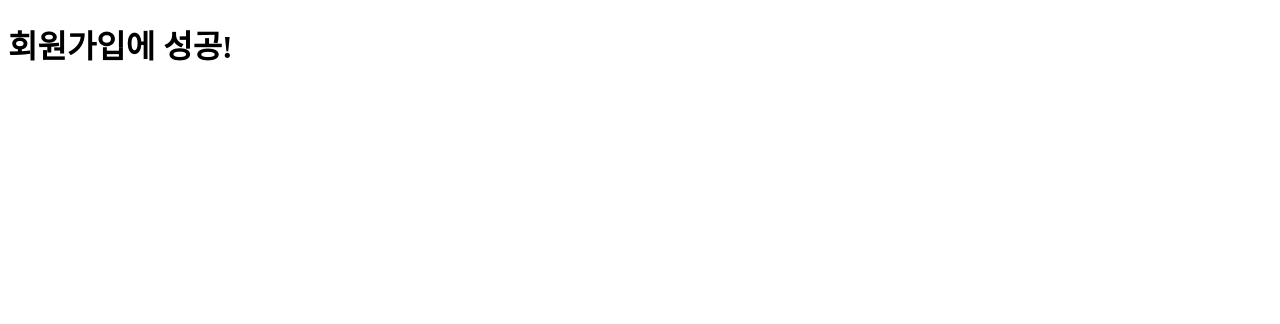
Repository: Yim-HaEun/servlet-jsp-workspace
Page: http://localhost/Join/Register_success.jsp
An editor plug-in stored every save of this project. The page is shown before and after the next save, followed by the edit.
The browser window is 1280 px wide. The pictures show the whole page.
The page is served by Tomcat 9. Other server files are loaded and not shown.

Above is the page before, as saved 2023-11-07 02:11:23.

### Join/src/main/webapp/Register_success.jsp
<%@ page language="java" contentType="text/html; charset=EUC-KR"
    pageEncoding="EUC-KR"%>
<!DOCTYPE html>
<html>
<head>
<meta charset="EUC-KR">
<title>Insert title here</title>
</head>
<body>
<h1>회원가입에 성공!</h1>
</body>
</html>

After the next save:
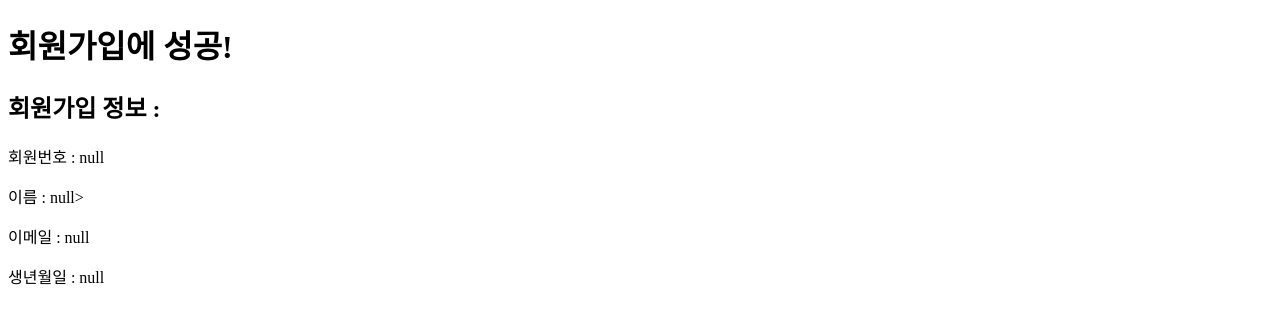
Saved 10 min 16 s later.
--- a/Join/src/main/webapp/Register_success.jsp
+++ b/Join/src/main/webapp/Register_success.jsp
@@ -4,9 +4,15 @@
 <html>
 <head>
 <meta charset="EUC-KR">
-<title>Insert title here</title>
+<title>회원가입 성공했습니다.</title>
 </head>
 <body>
 <h1>회원가입에 성공!</h1>
+<h2>회원가입 정보 : </h2>
+<p> 회원번호 : <%= session.getAttribute("mno")%></p>
+<p>이름 : <%= session.getAttribute("mname") %>></p>
+<p>이메일 : <%=session.getAttribute("memail") %></p>
+<p>생년월일 : <%=session.getAttribute("mbirth") %></p>
+
 </body>
 </html>
